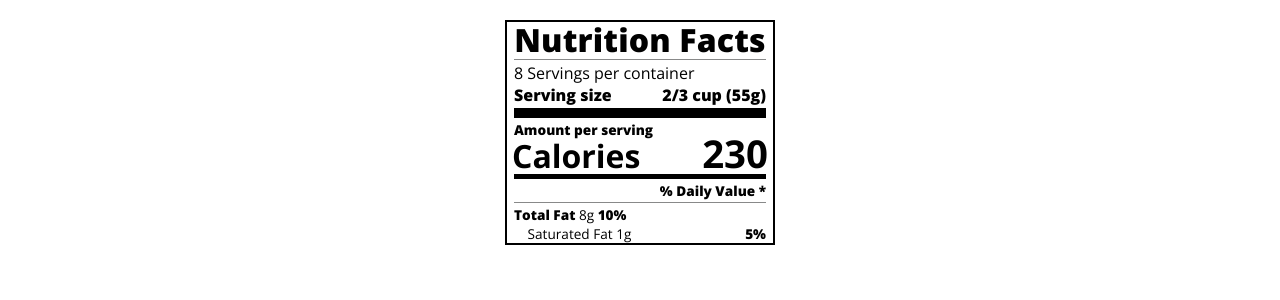
Repository: Lungdjos/typography
Page: index.html
An editor plug-in stored every save of this project. The page is shown before and after a run of saves, followed by the edit.
The browser window is 1280 px wide. The pictures show the whole page.

Above is the page before, as saved 2023-10-28 02:01:02.

### index.html
<!DOCTYPE html>
<html lang="en">

<head>
    <meta charset="UTF-8">
    <meta name="viewport" content="width=device-width, initial-scale=1.0">
    <title>Nutrition Label</title>
    <link rel="stylesheet" href="styles.css">
    <link rel="stylesheet" href="https://fonts.googleapis.com/css?family=Open+Sans:400,700,800">
</head>

<body>
    <div class="label">
        <header>
            <h1 class="bold">Nutrition Facts</h1>
            <div class="divider"></div>
            <p>8 Servings per container</p>
            <p class="bold">Serving size <span>2/3 cup (55g)</span></p>
        </header>
        <div class="divider large"></div>
        <div class="calories-info">
            <div class="left-container">
                <h2 class="bold small-text">Amount per serving</h2>
                <p>Calories</p>
            </div>
            <span>230</span>
        </div>
        <div class="divider medium"></div>
        <div class="daily-value small-text">
            <p class="bold right">% Daily Value *</p>
            <div class="divider"></div>
            <p><span><span class="bold">Total Fat</span> 8g <span class="bold">10%</span></span>
            </p>
            <p class="indent">Saturated Fat 1g <span class="bold">5%</span></p>
        </div>
    </div>

</body>

</html>

### styles.css
body {
    font-family: "Open Sans", sans-serif;
}

html {
    font-size: 16px;
}

.label {
    border: 2px solid black;
    width: 270px;
    margin: 20px auto;
    padding: 0 7px;
}

* {
    box-sizing: border-box;
}

header h1 {
    text-align: center;
    margin: -4px 0;
    letter-spacing: .15PX;
}

p {
    margin: 0;
    display: flex;
    justify-content: space-between;
}

.divider {
    border-bottom: 1px solid #888989;
    margin: 2px 0;
}

.bold {
    font-weight: 800;
}

.large {
    height: 10px;
}

.large,
.medium {
    background-color: black;
    border: 0;
}

.small-text {
    font-size: .85rem;
}

.calories-info h2 {
    margin: 0;
}

.calories-info {
    display: flex;
    justify-content: space-between;
    align-items: flex-end;
}

.left-container p {
    margin: -5px -2px;
    font-size: 2em;
    font-weight: 700;
}

.calories-info span {
    font-size: 2.4em;
    font-weight: 700;
    margin: -7px -2px;
}

.medium {
    height: 5px;
}

.right {
    justify-content: flex-end;
}

.indent {
    margin-left: 1em;
}

.daily-value p {
    border-bottom: 1px s
}

After the next 6 saves:
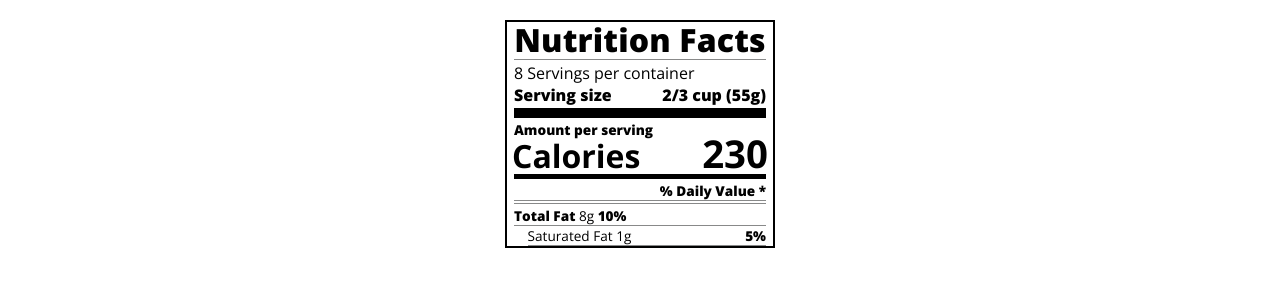
The 6 saves are shown as one change because they came seconds apart.
The last was saved 15 s later.
--- a/styles.css
+++ b/styles.css
@@ -87,5 +87,5 @@ p {
 }
 
 .daily-value p {
-    border-bottom: 1px s
+    border-bottom: 1px solid #888989;
 }
